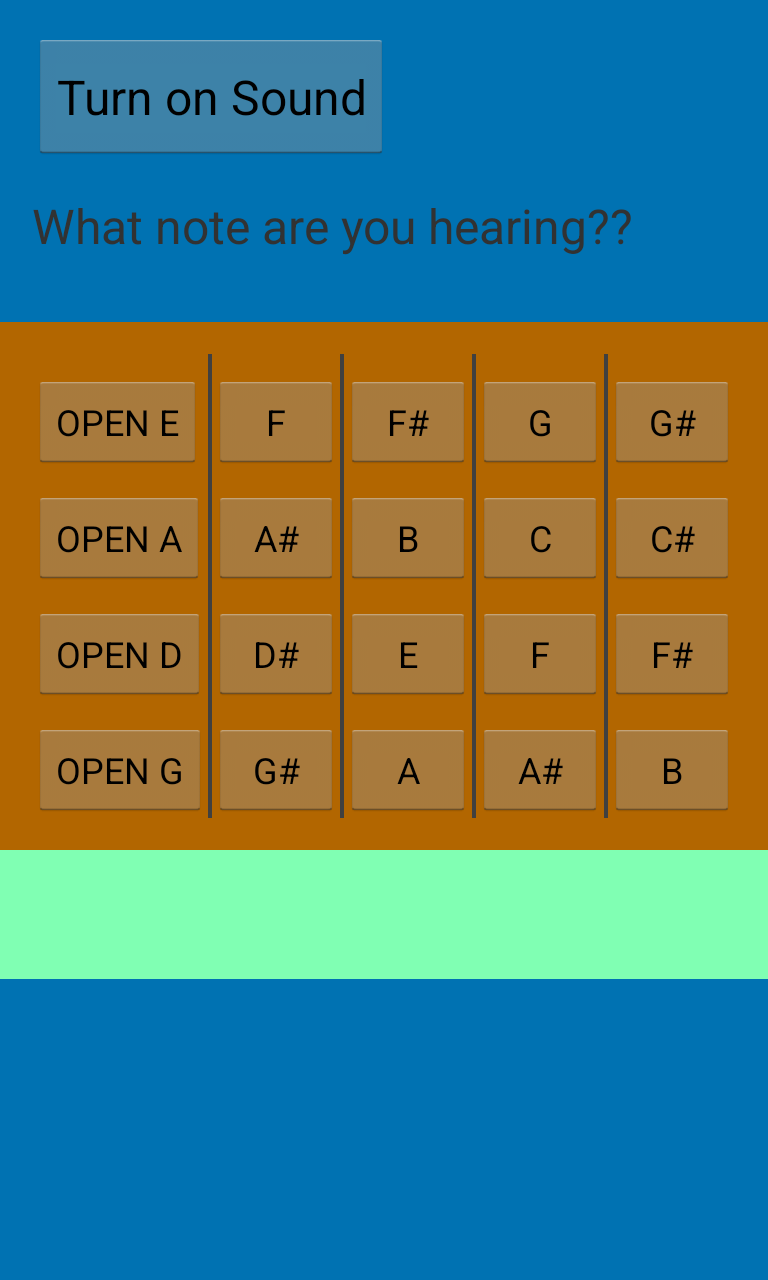
Repository: elliott-ribner/android-guitar-trainer
Layout: randomnotegenerator/res/layout/activity_main.xml
The author's editor kept a copy of each file at every save. The layout is drawn from the files as they stood at one save, then again after the next save.
It is drawn on a 768 x 1280 px phone screen (xhdpi) without system bars, with theme AppTheme; the app's code is not run.

Above is the layout before, as saved 2014-06-09 00:53:01.

After the next save:
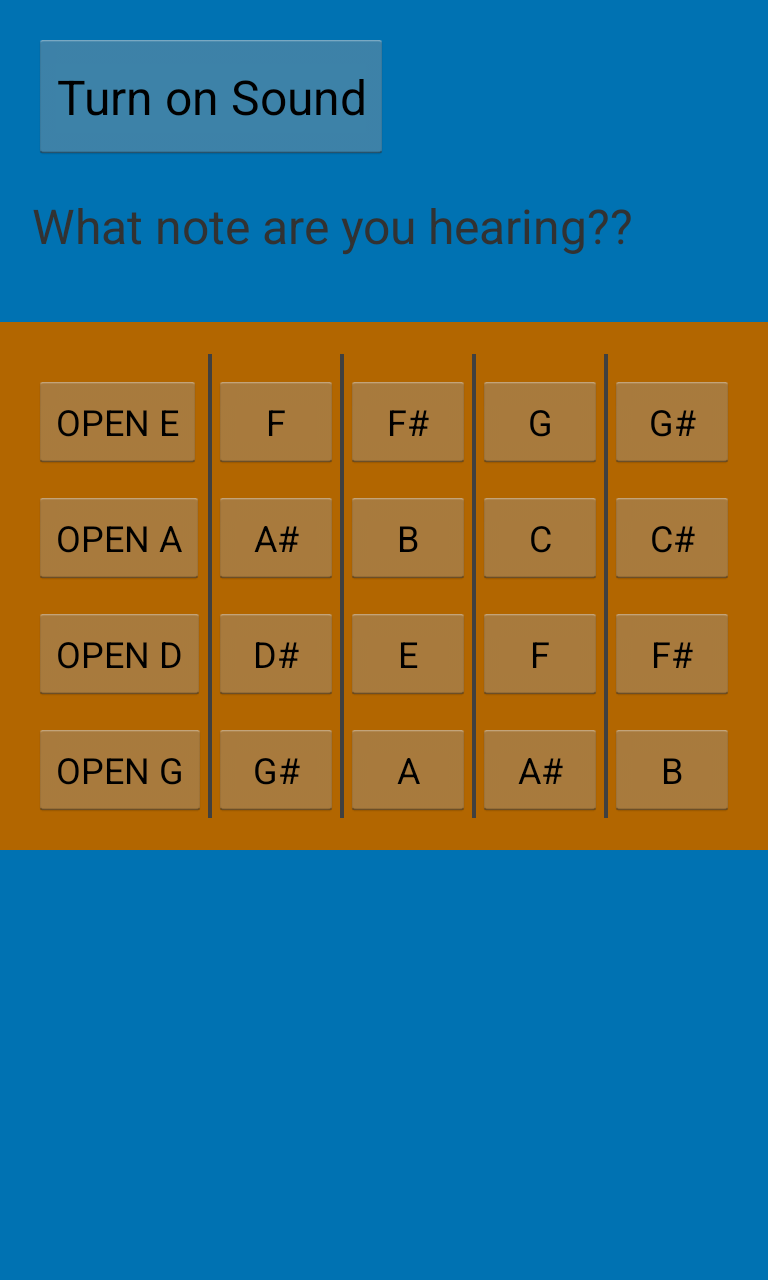
Saved 8 s later.
--- a/randomnotegenerator/res/layout/activity_main.xml
+++ b/randomnotegenerator/res/layout/activity_main.xml
@@ -35,12 +35,6 @@
             android:textSize="24sp" />
     </LinearLayout>
 
-    <LinearLayout
-        android:layout_width="fill_parent"
-        android:layout_height="wrap_content"
-        android:background="#B26600"
-        android:orientation="vertical"
-         >
 
         <LinearLayout
             android:layout_width="fill_parent"

After the save that followed:
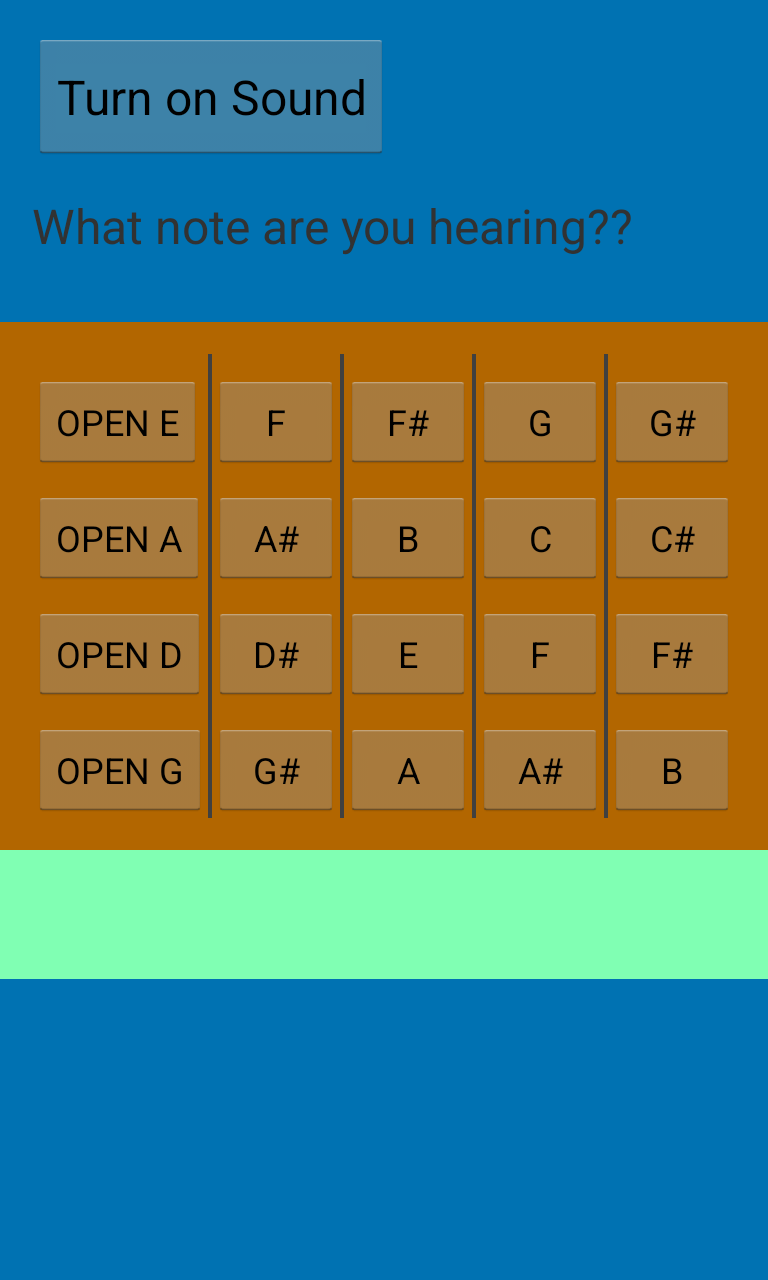
Saved 8 s later.
--- a/randomnotegenerator/res/layout/activity_main.xml
+++ b/randomnotegenerator/res/layout/activity_main.xml
@@ -240,7 +240,7 @@
 
 
 
-    </LinearLayout>
+
 
          <LinearLayout
         android:layout_width="fill_parent"
